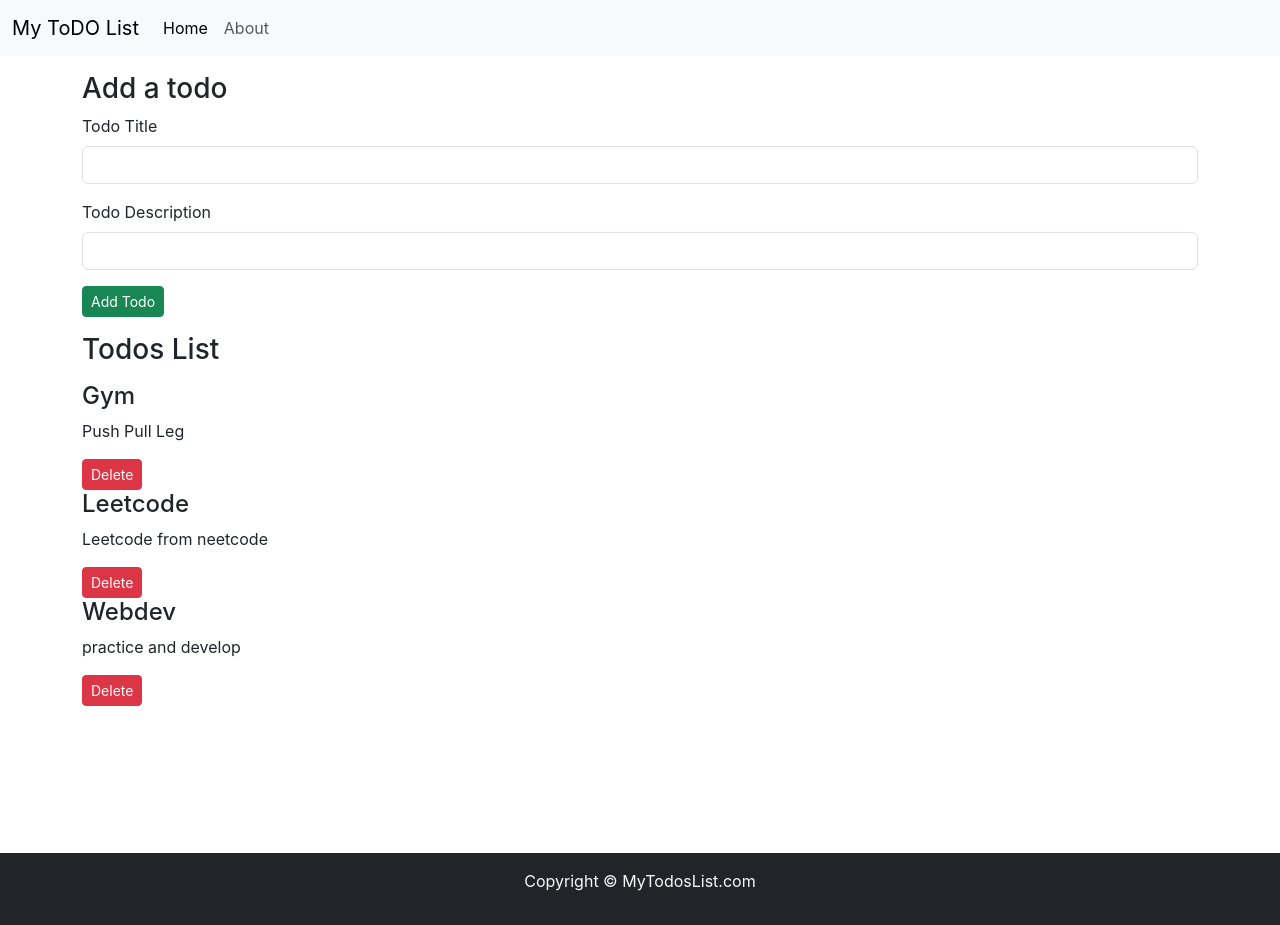
Repository: AshwinUgale/ToDoList
Page: /
An editor plug-in stored every save of this project. The page is shown before and after the next save, followed by the edit.
The browser window is 1280 px wide. The pictures show the whole page.
The project was rebuilt for these pictures with package versions that can differ from the ones it lists, and the page was loaded fresh each time. Also part of the build but not shown: src/App.css.

Above is the page before, as saved 2024-12-21 17:26:24.

After the next save:
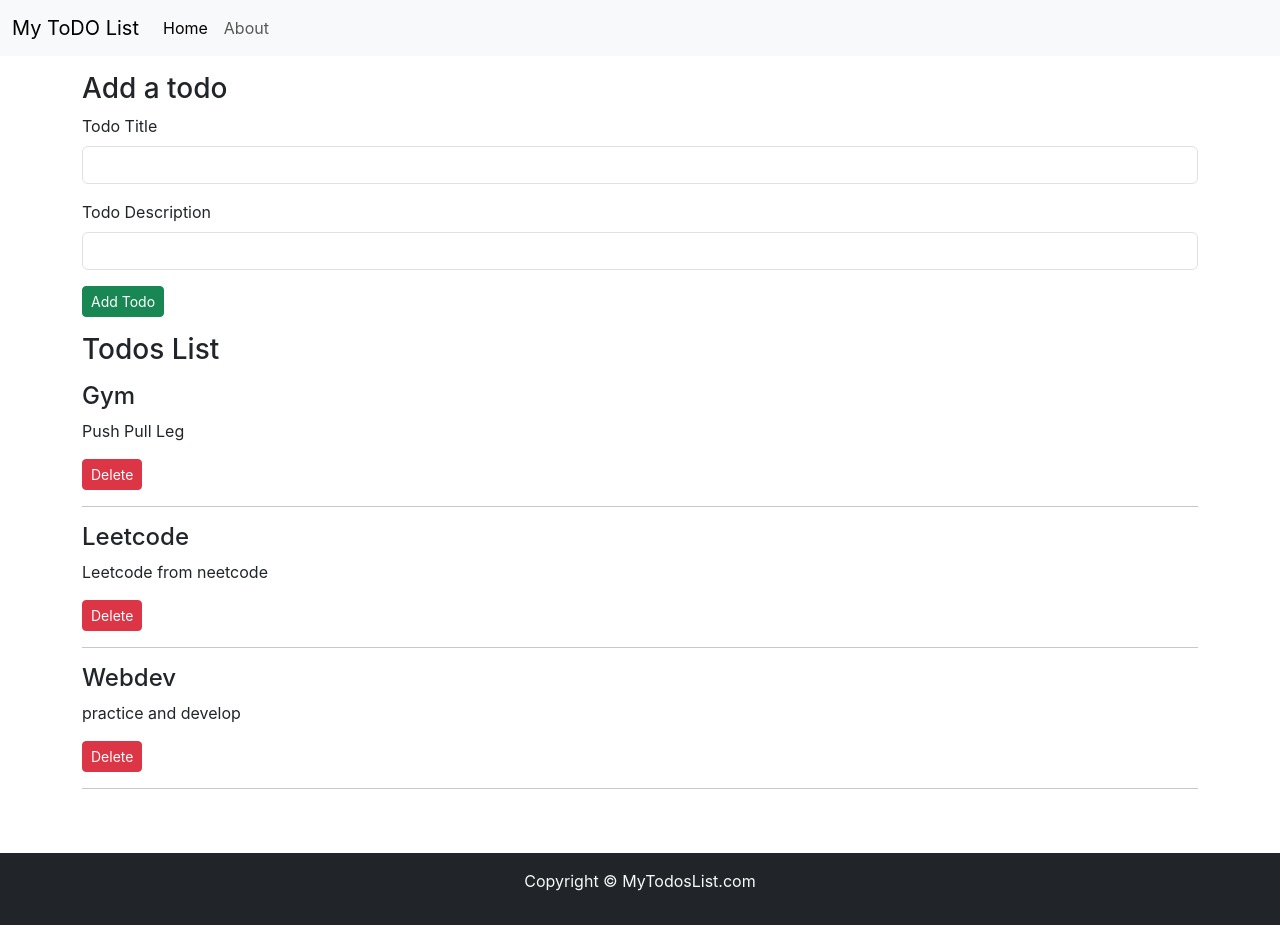
Saved 2 min 0 s later.
--- a/src/MyComponents/Todos.js
+++ b/src/MyComponents/Todos.js
@@ -10,7 +10,11 @@ export const Todos = (props) => {
         <h3 className="my-3">Todos List</h3>
         {props.todos.length===0? "No todos to display":
         props.todos.map((todo)=>{
-          return <TodoItem todo={todo} key={todo.sno} onDelete={props.onDelete}/>
+          return(
+            <>
+             <TodoItem todo={todo} key={todo.sno} onDelete={props.onDelete}/><hr/>
+             </>
+          )
         })
         }
 
